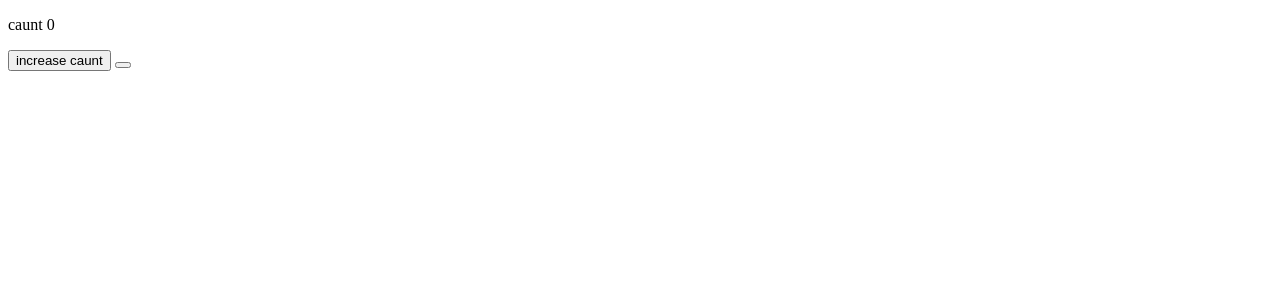
Repository: iliailia12/Individual-lessons
Page: Day 099/Homework/task4/task4.html
The author's editor kept a copy of each file at every save. The page is drawn from the files as they stood at one save, then again after the next save.
The browser window is 1280 px wide. The pictures show the whole page.

Above is the page before, as saved 2026-06-19 01:50:07.

### Day 099/Homework/task4/task4.html
<!-- 4) შექმენი counter - ი, ვებ საიტზე უნდა გქონდეს პარაგრაფი "count: 0" და 2 ღილაკი, პირველზე დაკლიკებისას count - ი უნდა იზრდებოდეს 1 - ით, მეორეზე დაკლიკებისას count - ი უნდა ხდებოდეს 0. -->


<!DOCTYPE html>
<html lang="en">
<head>
    <meta charset="UTF-8">
    <meta name="viewport" content="width=device-width, initial-scale=1.0">
    <title>Document</title>
</head>
<body>
    <p id="caunt">caunt 0</p>
    <button id="increase">increase caunt</button>
    <button id="reset"></button>
</body>
</html>

After the next save:
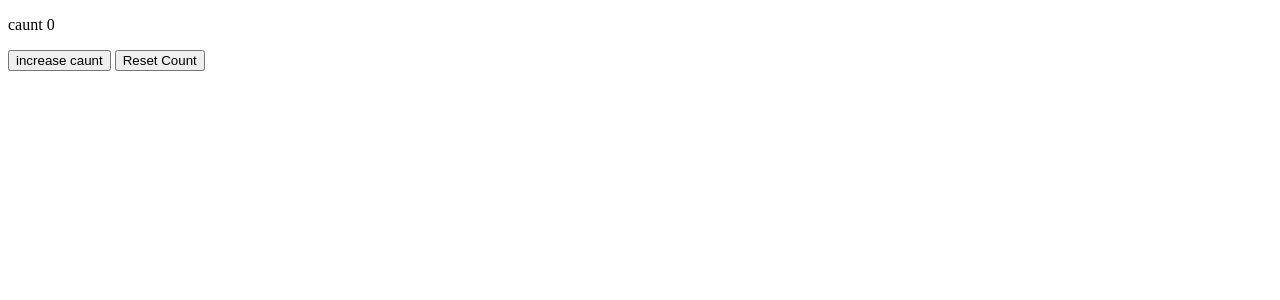
Saved 17 s later.
--- a/Day 099/Homework/task4/task4.html
+++ b/Day 099/Homework/task4/task4.html
@@ -11,6 +11,6 @@
 <body>
     <p id="caunt">caunt 0</p>
     <button id="increase">increase caunt</button>
-    <button id="reset"></button>
+    <button id="reset">Reset Count</button>
 </body>
 </html>
